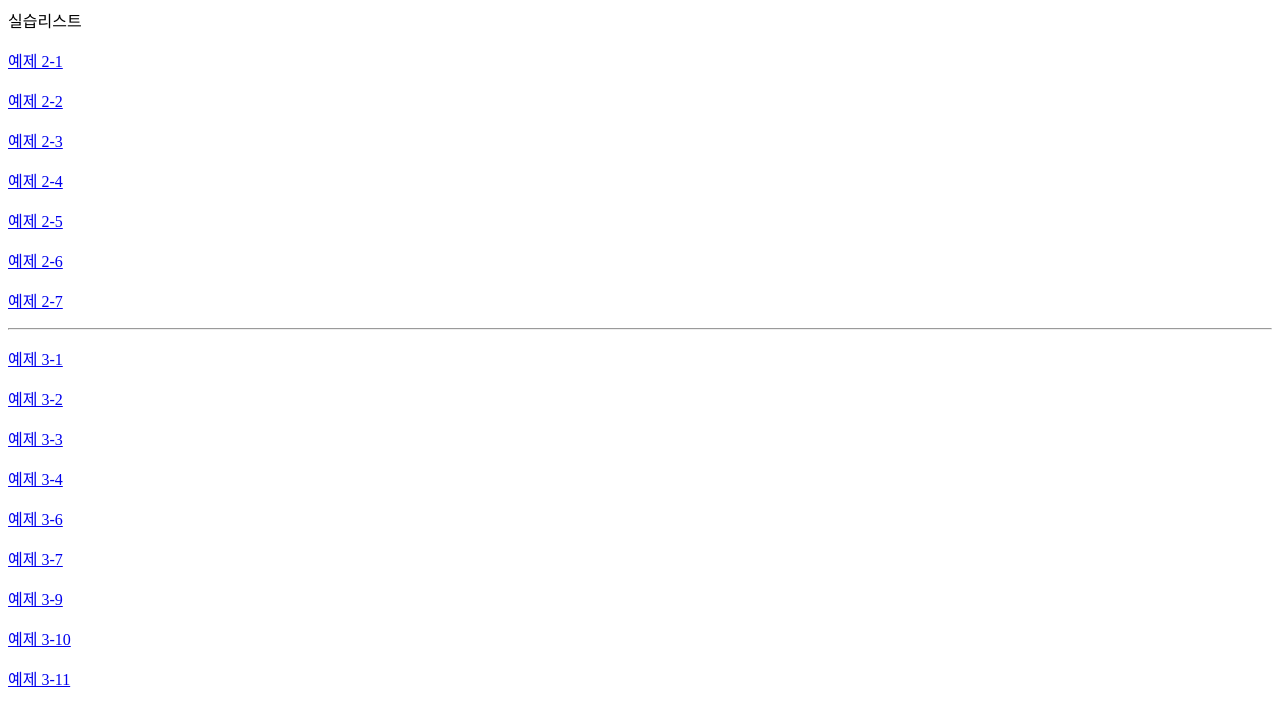
Repository: sanghyunlee7680/JSP-practice
Page: http://localhost/jspbook/
An editor plug-in stored every save of this project. The page is shown before and after the next save, followed by the edit.
The browser window is 1280 px wide. The pictures show the whole page.
The page is served by Tomcat 10. Other server files are loaded and not shown.

Above is the page before, as saved 2024-10-08 07:52:55.

### jspbook/src/main/webapp/index.jsp
<%@ page language="java" contentType="text/html; charset=UTF-8"
    pageEncoding="UTF-8"%>
<!DOCTYPE html>
<html>
<head>
<meta charset="UTF-8">
<title>Insert title here</title>
</head>
<body>
	실습리스트
	<p>
		<a href="2_1">예제 2-1</a>
	</p>
	<p>
		<a href="2_2">예제 2-2</a>
	</p>
	<p>
		<a href="2_3">예제 2-3</a>
	</p>
	<p>
		<a href="2_4">예제 2-4</a>
	</p>
	<p>
		<a href="2_5">예제 2-5</a>
	</p>
	<p>
		<a href="2_6">예제 2-6</a>
	</p>
	<p>
		<a href="2_7">예제 2-7</a>
	</p>
	<hr></hr>
	<p>
		<a href="3_1">예제 3-1</a>
	</p>
	<p>
		<a href="3_2">예제 3-2</a>
	</p>
	<p>
		<a href="3_3">예제 3-3</a>
	</p>
	<p>
		<a href="3_4">예제 3-4</a>
	</p>
	<p>
		<a href="3_6">예제 3-6</a>
	</p>
	<p>
		<a href="3_7">예제 3-7</a>
	</p>
	<p>
		<a href="3_9">예제 3-9</a>
	</p>
	<p>
		<a href="3_10">예제 3-10</a>
	</p>
	<p>
		<a href="3_11">예제 3-11</a>
	</p>

</body>
</html>

After the next save:
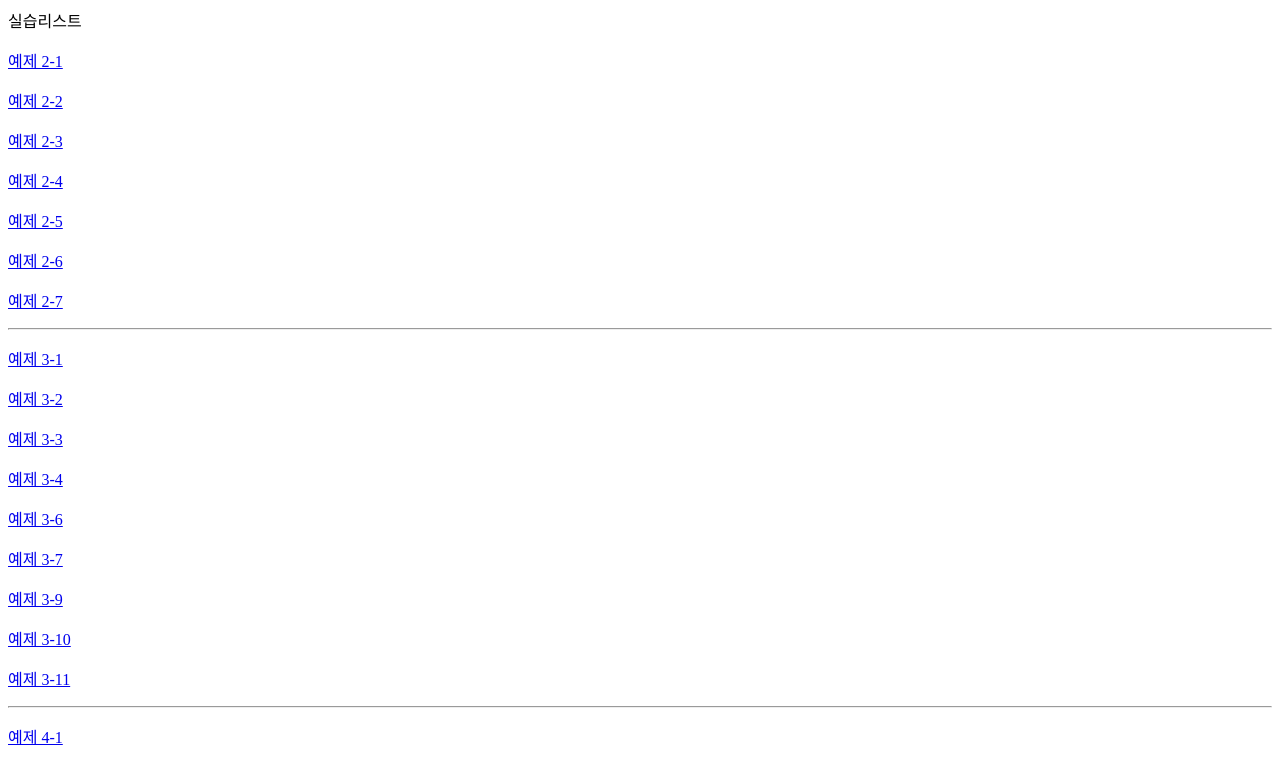
Saved 40 h 49 min later.
--- a/jspbook/src/main/webapp/index.jsp
+++ b/jspbook/src/main/webapp/index.jsp
@@ -57,6 +57,10 @@
 	<p>
 		<a href="3_11">예제 3-11</a>
 	</p>
+	<hr></hr>
+	<p>
+		<a href="4_1">예제 4-1</a>
+	</p>
 
 </body>
 </html>
